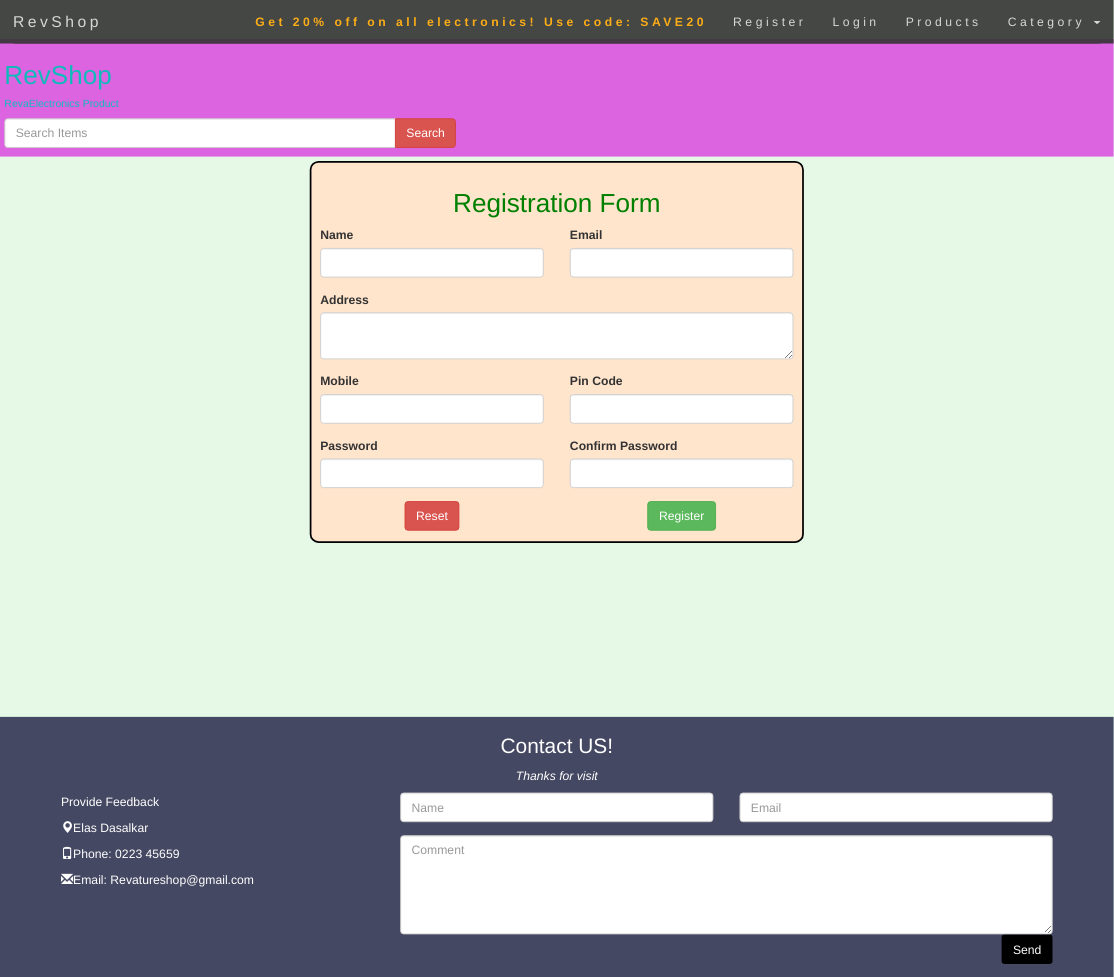
Repository: vilasdasalkar/RevaShop-Project-0
Page: http://localhost/RevShop/register.jsp
The author's editor kept a copy of each file at every save. The page is drawn from the files as they stood at one save, then again after the next save.
The browser window is 1280 px wide. The pictures show the whole page, at 87% of full size.
The page is served by Tomcat 10.

Above is the page before, as saved 2024-08-30 08:04:58.

After the next save:
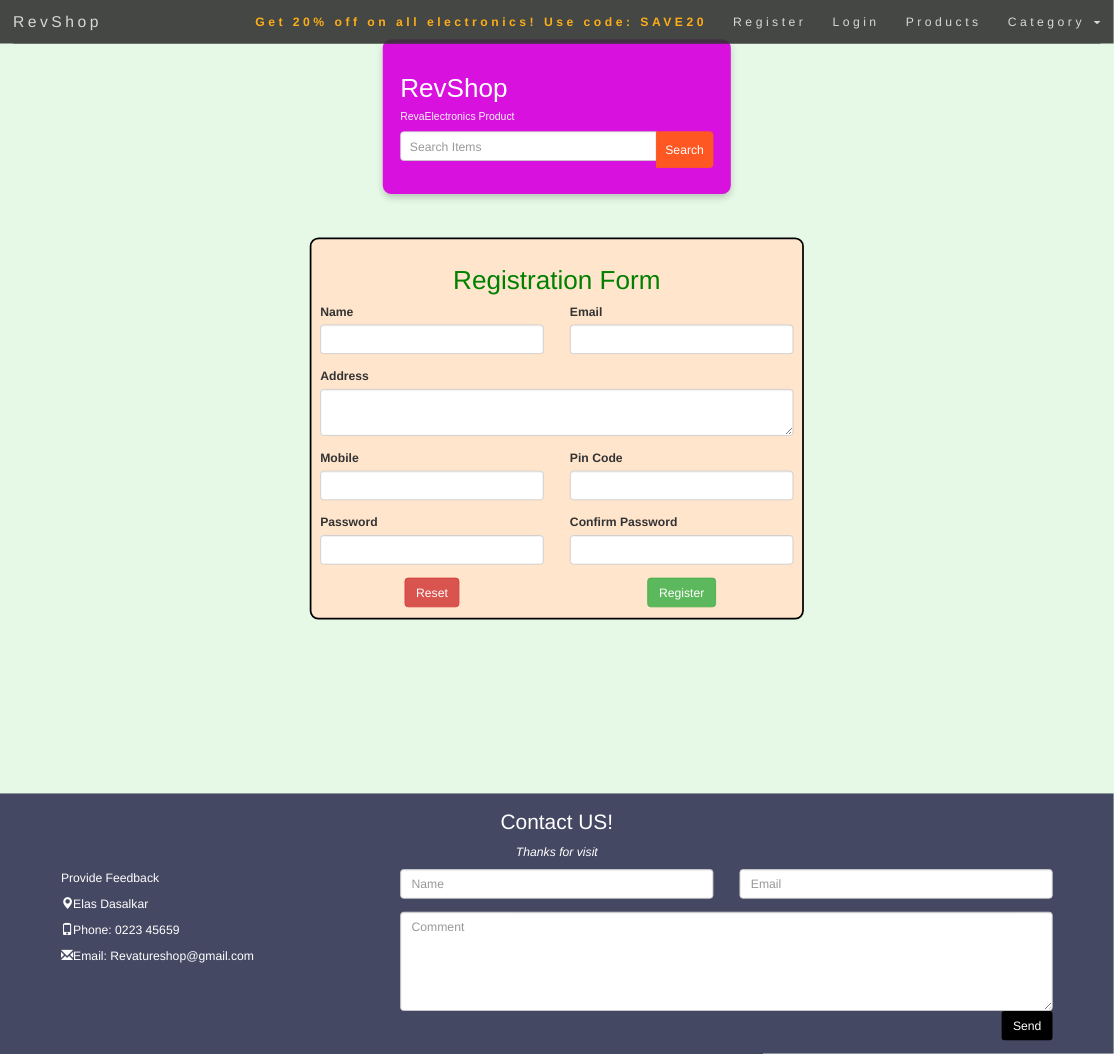
Saved 4 min 7 s later.
--- a/RevShop/src/main/webapp/header.jsp
+++ b/RevShop/src/main/webapp/header.jsp
@@ -21,22 +21,25 @@
 <body style="background-color: #01ff12;font-family: Verdana, sans-serif;">
 	<!--Company Header Starting  -->
 	<div class="left"
-		style="margin-top: 45px; background-color: #d811dfa2; color: rgb(16, 186, 186); padding: 5px;">
-		<h2>RevShop</h2>
-		<h6>RevaElectronics Product</h6>
-		<form class="form-inline" action="index.jsp" method="get">
-			<div class="input-group">
-				<input type="text" class="form-control" size="50" name="search"
-					placeholder="Search Items" required>
-				<div class="input-group-btn">
-					<input type="submit" class="btn btn-danger" value="Search" />
-				</div>
-			</div>
-		</form>
-		<p align="rigth"
-			style="color: orange; font-weight: bold; margin-top: 5px; margin-bottom: 5px;"
-			id="message"></p>
-	</div>
+    style="margin-top: 45px; background-color: #d811df; color: #10bababa; padding: 20px; border-radius: 10px; box-shadow: 0 4px 8px rgba(0, 0, 0, 0.2); max-width: 400px; margin: 45px auto;">
+    <h2 style="font-family: 'Arial', sans-serif; color: white;">RevShop</h2>
+    <h6 style="font-family: 'Arial', sans-serif; color: #f3f3f3;">RevaElectronics Product</h6>
+    <form class="form-inline" action="index.jsp" method="get">
+        <div class="input-group">
+            <input type="text" class="form-control" size="40" name="search"
+                placeholder="Search Items" required
+                style="border-radius: 4px 0 0 4px; padding: 10px; box-shadow: none;">
+            <div class="input-group-btn">
+                <input type="submit" class="btn btn-danger" value="Search"
+                    style="border-radius: 0 4px 4px 0; padding: 10px; background-color: #ff5722; border-color: #ff5722;">
+            </div>
+        </div>
+    </form>
+    <p align="right"
+        style="color: orange; font-weight: bold; margin-top: 10px; margin-bottom: 5px; font-family: 'Arial', sans-serif;"
+        id="message"></p>
+</div>
+
 	<!-- Company Header Ending -->
 
 	<%
